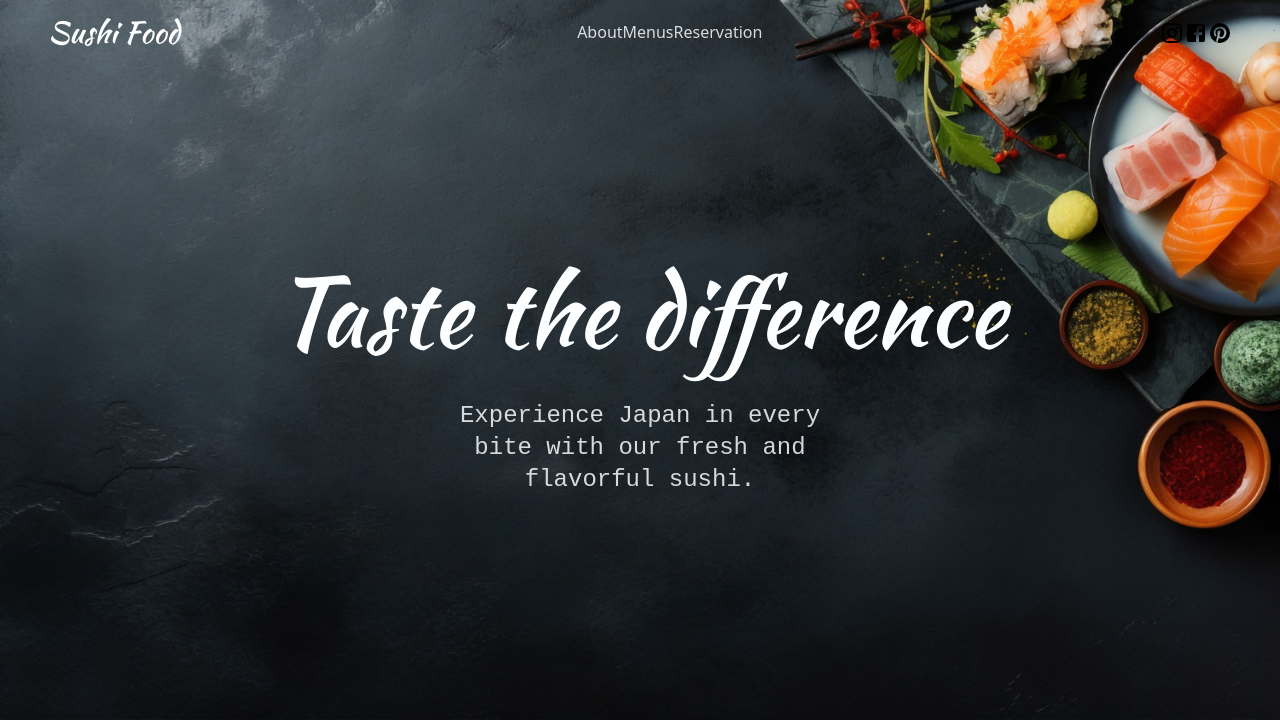
Repository: Adrien-legeleu/sushi-food
Page: /
These files come from the project's save history. The page is drawn as it stood at one moment and after the next save; the edit follows.
The browser window is 1280 px wide. The pictures show the whole page.
Some web fonts or font styles are not loaded; a fallback is used. The project was rebuilt for these pictures with package versions that can differ from the ones it lists, and the page was loaded fresh each time. Also part of the build but not shown: vite.config.ts.

Above is the page before, as saved 2024-04-28 20:13:33.

### src/App.tsx
import { Header, Landing } from "./Components"

const App =()=> {
  return (
    <div className="bg-greenBlack h-full w-full">
      <Header/>
      <Landing/>
    </div>
  )
}

export default App

### src/index.css
@import url('https://fonts.googleapis.com/css2?family=Kaushan+Script&family=Nanum+Gothic+Coding&display=swap');

@tailwind base;
@tailwind components;
@tailwind utilities;

*{
    margin: 0;
    padding: 0;
    box-sizing: border-box;
}

### src/Components/index.ts
export * from "./Landing";
export * from "./Header";

### src/Components/Landing.tsx
export const Landing =()=>{
    return(
        <div className="h-screen w-full bg-[url('././assets/mainfond.jpg')] bg-cover bg-center-top flex items-center justify-center flex-col gap-10 pt-10">
            <h1 className="font-title text-whiteTitle text-8xl">Taste the difference</h1>
            <p className="text-whiteText font-text text-2xl text-center w-1/3">Experience Japan in every bite with our fresh and flavorful sushi.</p>
        </div>
    )
}

### src/Components/Header.tsx
import InstagramIcon from '@mui/icons-material/Instagram';
import FacebookIcon from '@mui/icons-material/Facebook';
import PinterestIcon from '@mui/icons-material/Pinterest';
export const Header =()=>{
    return (
        <div className='fixed h-16 w-full max-w-[1500px] top-0 left-1/2 -translate-x-1/2 flex justify-between items-center pl-12 pr-12'>
            <h2 className='font-title text-3xl text-whiteTitle'>Sushi Food</h2>
            <ul className='flex items-center justify-between text-whiteText'>
                <li>About</li>
                <li>Menus</li>
                <li>Reservation</li>
            </ul>
            <ul>
                <li>
                    <InstagramIcon/>
                    <FacebookIcon/>
                    <PinterestIcon/>
                </li>
            </ul>
        </div>
    )
}

### tailwind.config.js
/** @type {import('tailwindcss').Config} */
export default {
  content: ["./index.html", "./src/**/*.{js,ts,jsx,tsx}"],
  theme: {
    extend: {
      backgroundColor: {
        greenBlack: "#0B1517",
      },
      colors: {
        green: "#A6977C",
        whiteTitle: "#FCFEFF",
        whiteText: "#FCFEFFD5",
      },
    },
    fontFamily: {
      title: ["Kaushan Script", "cursive"],
      text: ["Nanum Gothic Coding", "monospace"],
    },
  },
  plugins: [],
};

Loaded but not shown: index.html (common file); src/main.tsx (common file)

After the next save:
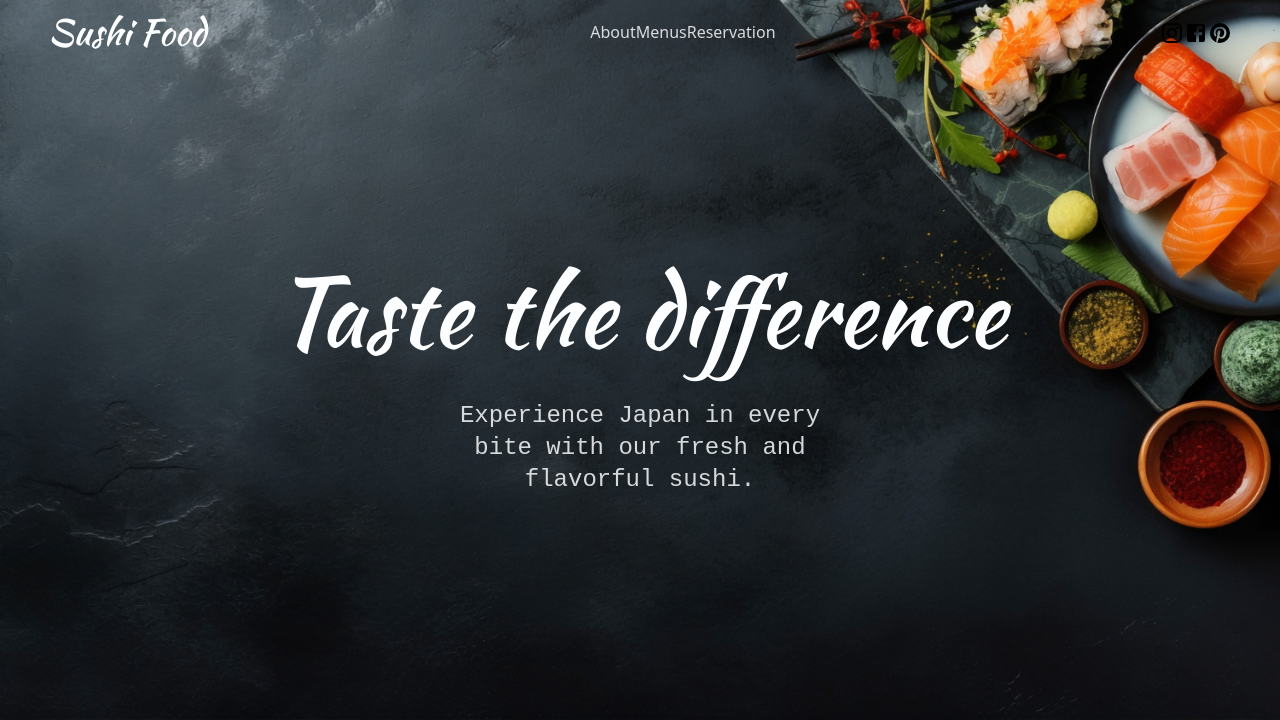
Saved 5 s later.
--- a/src/Components/Header.tsx
+++ b/src/Components/Header.tsx
@@ -4,7 +4,7 @@ import PinterestIcon from '@mui/icons-material/Pinterest';
 export const Header =()=>{
     return (
         <div className='fixed h-16 w-full max-w-[1500px] top-0 left-1/2 -translate-x-1/2 flex justify-between items-center pl-12 pr-12'>
-            <h2 className='font-title text-3xl text-whiteTitle'>Sushi Food</h2>
+            <h2 className='font-title text-4xl text-whiteTitle'>Sushi Food</h2>
             <ul className='flex items-center justify-between text-whiteText'>
                 <li>About</li>
                 <li>Menus</li>
